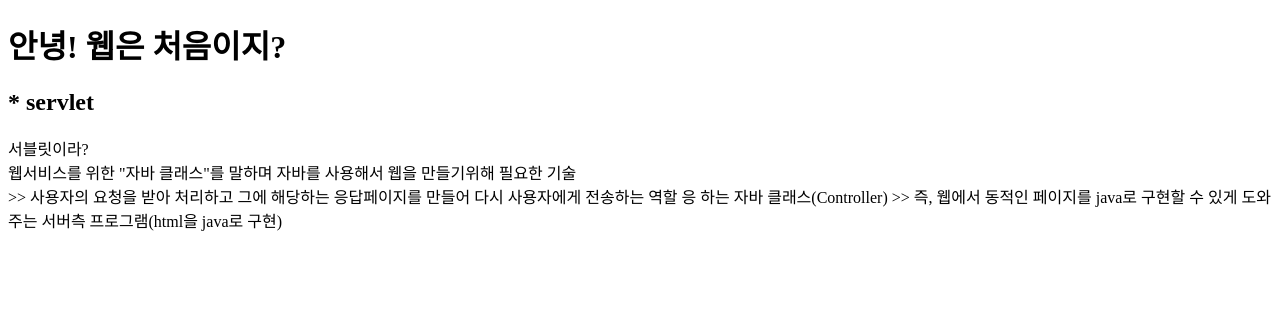
Repository: KimMJ0964/8file
Page: workspace/6_servlet/1_Servlet/src/main/webapp/index.html
An editor plug-in stored every save of this project. The page is shown before and after the next save, followed by the edit.
The browser window is 1280 px wide. The pictures show the whole page.

Above is the page before, as saved 2024-09-06 03:34:18.

After the next save:
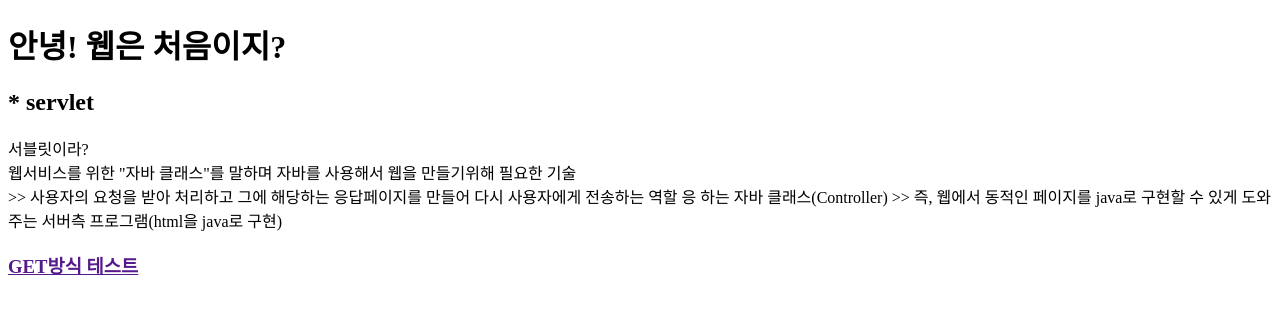
Saved 3 min 19 s later.
--- a/workspace/6_servlet/1_Servlet/src/main/webapp/index.html
+++ b/workspace/6_servlet/1_Servlet/src/main/webapp/index.html
@@ -15,7 +15,8 @@
 			>> 사용자의 요청을 받아 처리하고 그에 해당하는 응답페이지를 만들어 다시 사용자에게 전송하는 역할
 				응 하는 자바 클래스(Controller)
 			>> 즉, 웹에서 동적인 페이지를 java로 구현할 수 있게 도와주는 서버측 프로그램(html을 java로 구현)
+	</p>
 
-	</p>
+	<h3><a href="">GET방식 테스트</a></h3>
 </body>
 </html>
